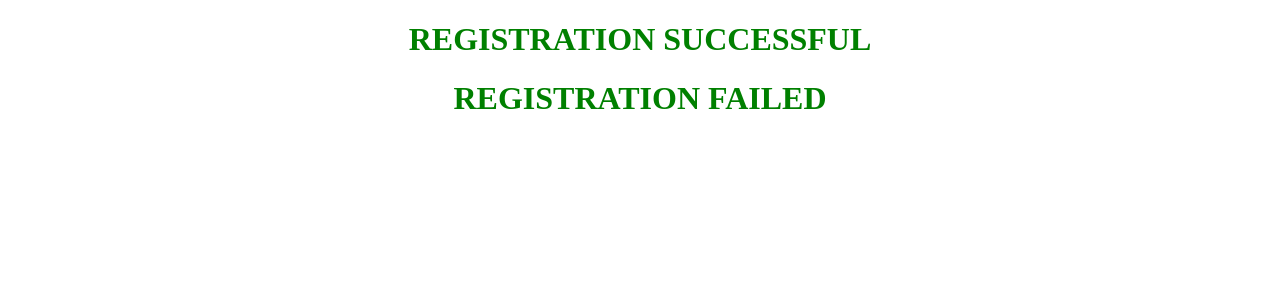
Repository: danishfiroz0/HibernateCodes
Page: http://localhost/MVCwithJSP/delete.jsp
The author's editor kept a copy of each file at every save. The page is drawn from the files as they stood at one save, then again after the next save.
The browser window is 1280 px wide. The pictures show the whole page.
The page is served by Tomcat 9. Other server files are loaded and not shown.

Above is the page before, as saved 2024-07-15 21:42:41.

### MVCwithJSP/src/main/webapp/delete.jsp
<%@ page language="java" contentType="text/html; charset=UTF-8"
    pageEncoding="UTF-8"%>
<!DOCTYPE html>
<html>
<head>
<meta charset="UTF-8">
<title>Insert title here</title>
</head>
<body>
	<c:choose>
		<c:when test="${status eq 'success' }">
			<h1 style='color:green; text-align: center;'>REGISTRATION SUCCESSFUL</h1>
		</c:when>
		<c:otherwise>
			<h1 style='color:green; text-align: center;'>REGISTRATION FAILED</h1>
		</c:otherwise>
	</c:choose>

</body>
</html>

After the next save:
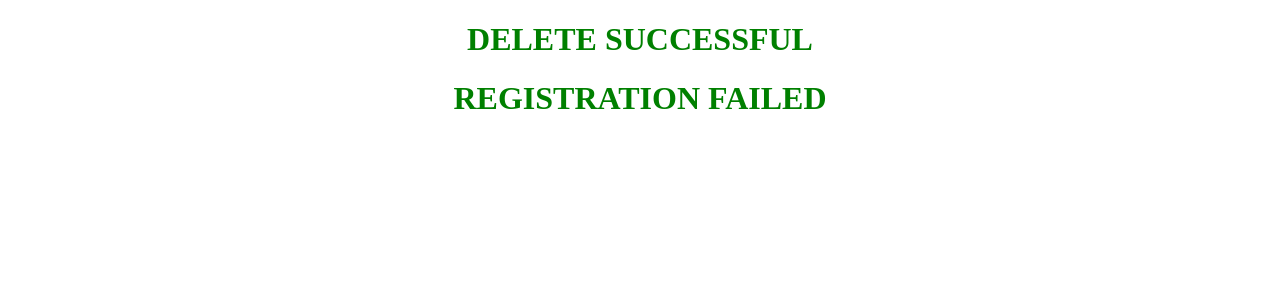
Saved 16 s later.
--- a/MVCwithJSP/src/main/webapp/delete.jsp
+++ b/MVCwithJSP/src/main/webapp/delete.jsp
@@ -9,7 +9,7 @@
 <body>
 	<c:choose>
 		<c:when test="${status eq 'success' }">
-			<h1 style='color:green; text-align: center;'>REGISTRATION SUCCESSFUL</h1>
+			<h1 style='color:green; text-align: center;'>DELETE SUCCESSFUL</h1>
 		</c:when>
 		<c:otherwise>
 			<h1 style='color:green; text-align: center;'>REGISTRATION FAILED</h1>
